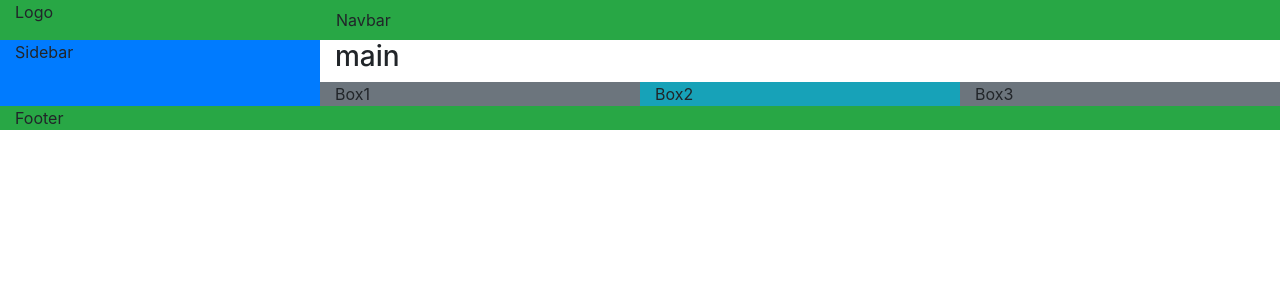
Repository: nazmulhaquep/WebDesign
Page: Bootstrap4WebsiteLayout/index.html
These files come from the project's save history. The page is drawn as it stood at one moment and after the next save; the edit follows.
The browser window is 1280 px wide. The pictures show the whole page.

Above is the page before, as saved 2023-11-26 13:15:32.

### Bootstrap4WebsiteLayout/index.html
<!DOCTYPE html>
<html lang="en">
<head>
    <meta charset="UTF-8">
    <meta name="viewport" content="width=device-width, initial-scale=1.0">
    <link rel="stylesheet" href="https://stackpath.bootstrapcdn.com/bootstrap/4.3.1/css/bootstrap.min.css">
    <title>Responsive Website layout using Bootstrap 4</title>
</head>
<body>
    <div class="container-fluid">
        <div class="row">
            <div class="col-lg-3 bg-success">Logo</div>
            <nav class="col-lg-9 navbar navbar-expand-lg navbar-dark bg-success">Navbar</nav>
        </div>
        <div class="row">
            <div class="col-lg-3 bg-primary">Sidebar</div>
            <main class="col-lg-9">
                <h3>main</h3>
                <div class="row">
                    <div class="col-lg-4 bg-secondary">Box1</div>
                    <div class="col-lg-4 bg-info">Box2</div>
                    <div class="col-lg-4 bg-secondary">Box3</div>
                </div>
            </main>
        </div>

        <div class="row">
            <footer class="col bg-success">Footer</footer>
        </div>
    </div>

    <script src="https://code.jquery.com/jquery-3.3.1.slim.min.js"></script>
    <script src="https://cdnjs.cloudflare.com/ajax/libs/popper.js/1.14.7/umd/popper.min.js"></script>
    <script src="https://stackpath.bootstrapcdn.com/bootstrap/4.3.1/js/bootstrap.min.js"></script>
</body>
</html>

After the next save:
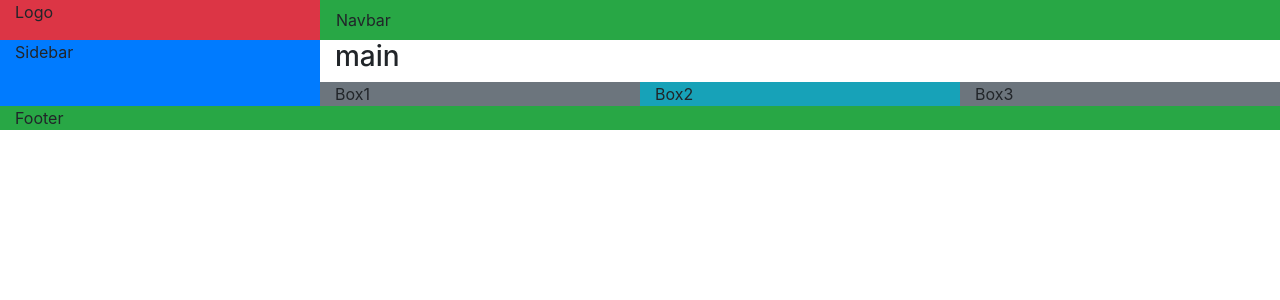
Saved 12 s later.
--- a/Bootstrap4WebsiteLayout/index.html
+++ b/Bootstrap4WebsiteLayout/index.html
@@ -9,7 +9,7 @@
 <body>
     <div class="container-fluid">
         <div class="row">
-            <div class="col-lg-3 bg-success">Logo</div>
+            <div class="col-lg-3 bg-danger">Logo</div>
             <nav class="col-lg-9 navbar navbar-expand-lg navbar-dark bg-success">Navbar</nav>
         </div>
         <div class="row">
